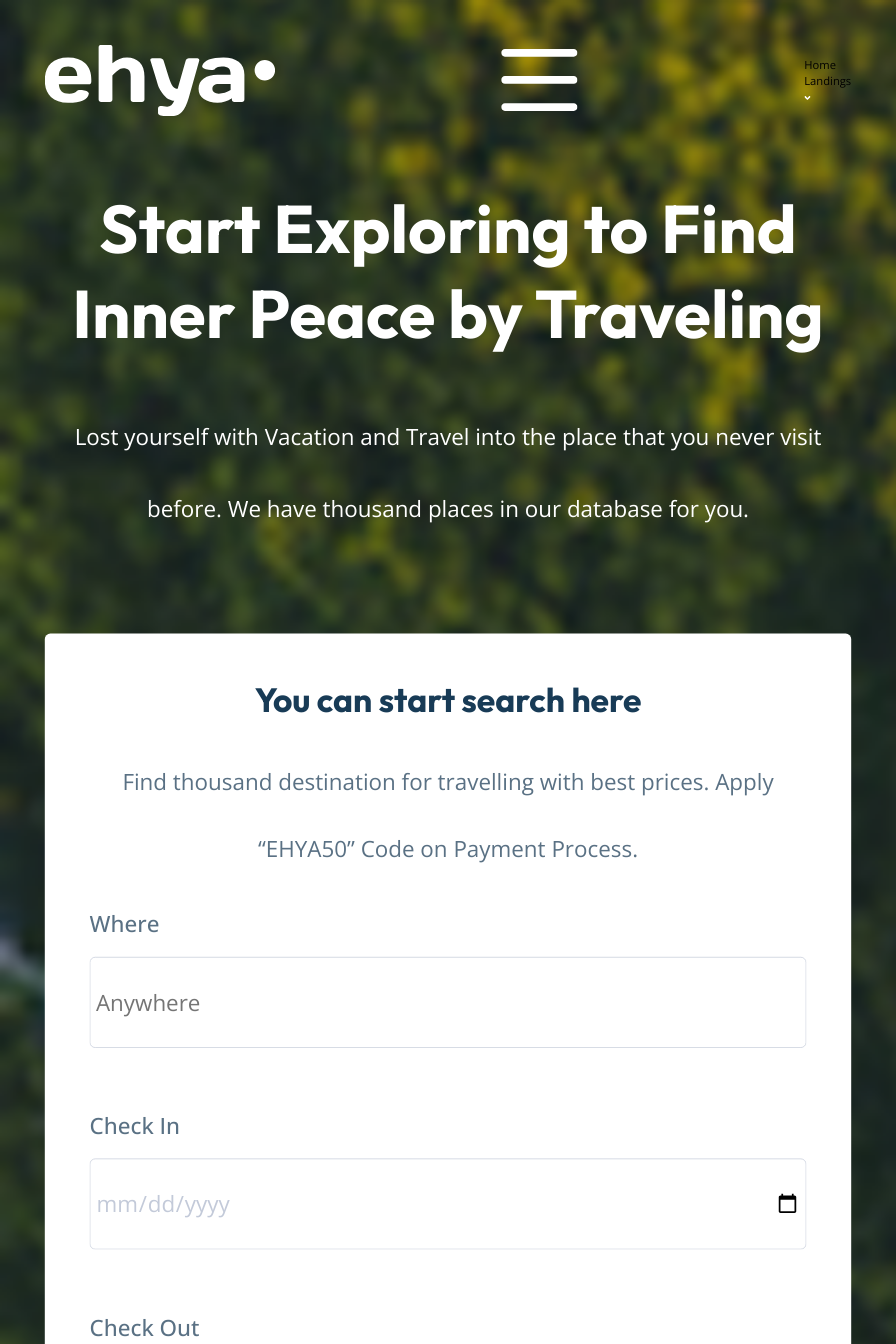
Repository: daviHmoraes/frontcomtailwind
Page: index.html
These files come from the project's save history. The page is drawn as it stood at one moment and after the next save; the edit follows.
The browser window is 1280 px wide. The pictures show the part of the page from y = 0 to 1920 px (the page is 30123 px tall), at 70% of full size.

Above is the page before, as saved 2026-09-01 19:36:05.

After the next save:
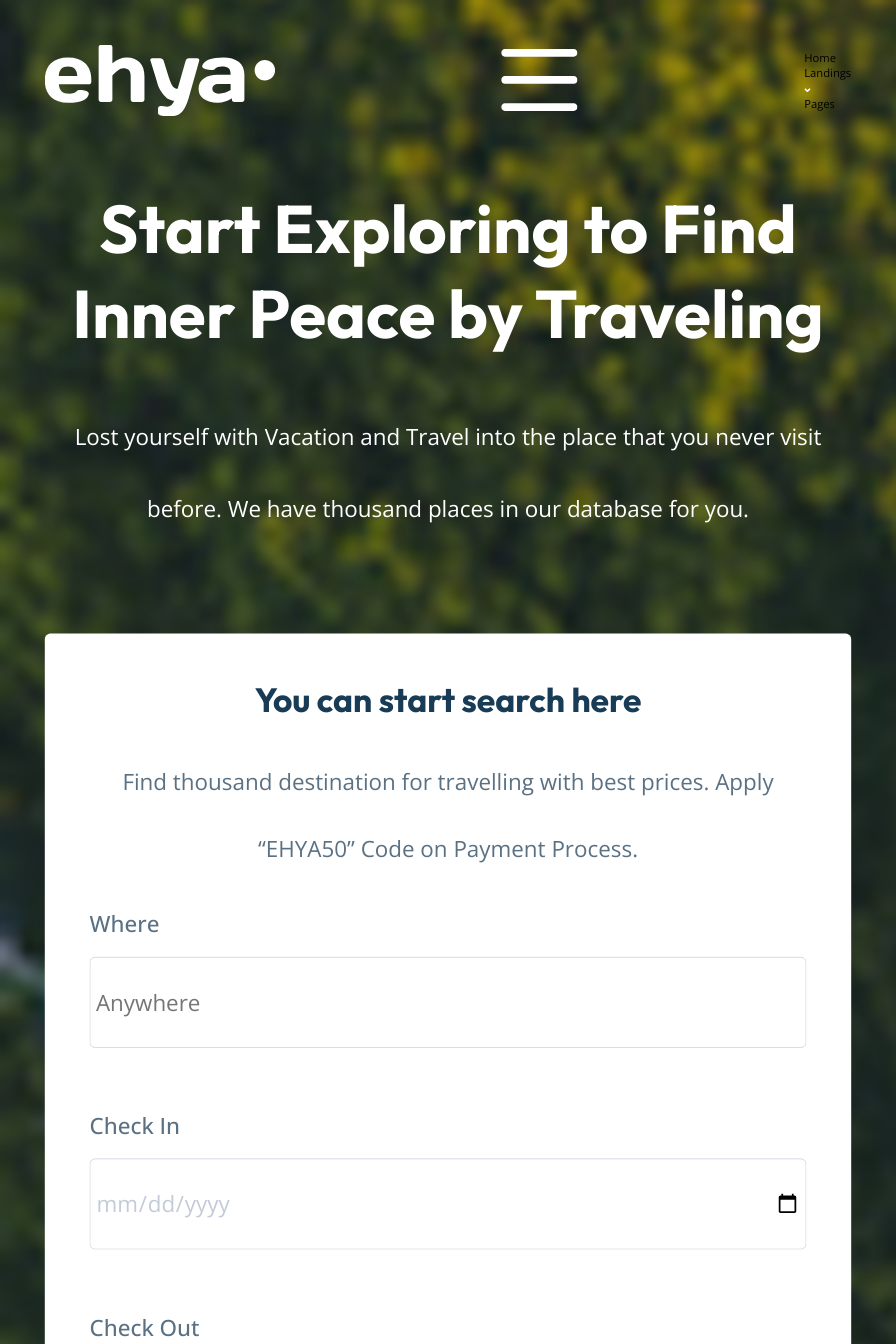
Saved 4 s later.
--- a/index.html
+++ b/index.html
@@ -33,7 +33,7 @@
                 </div>
 
                 <div class="chevron-topic">
-
+                    <p>Pages</p>
                 </div>
             </div>
 
